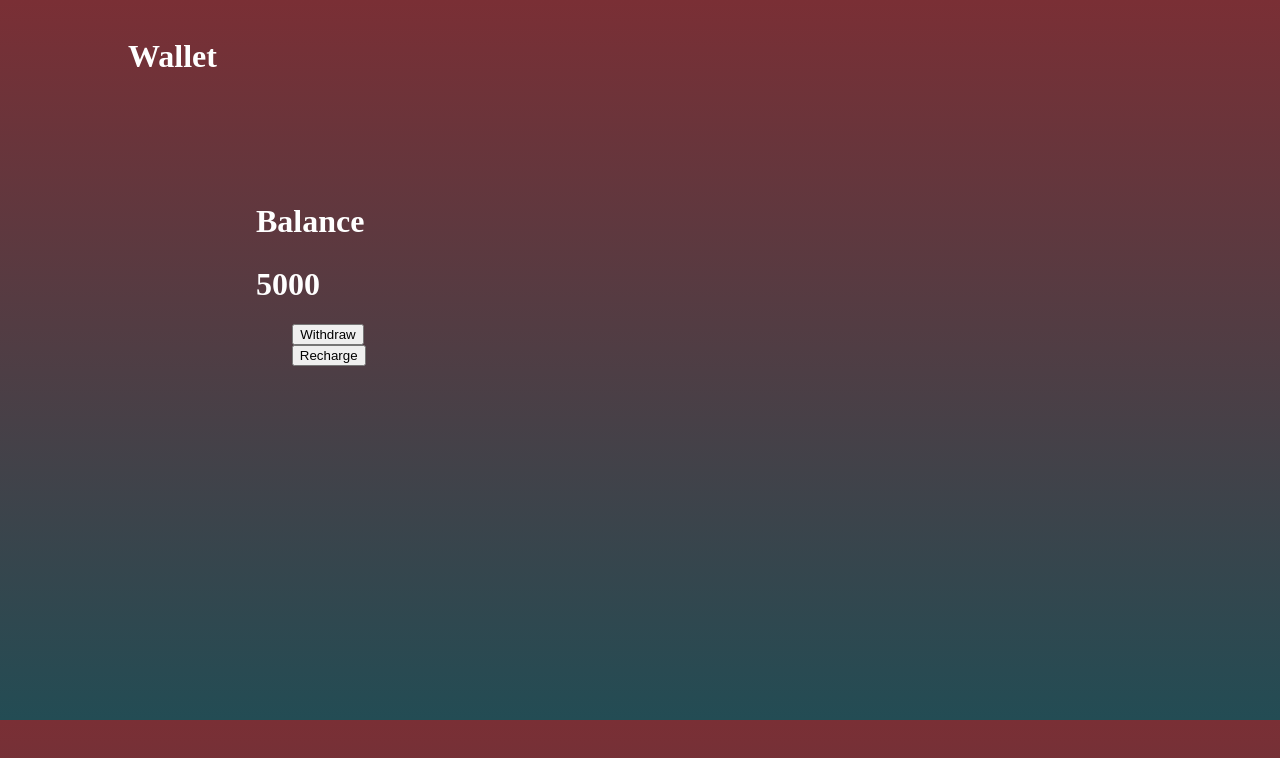
Repository: jagan607/N-Kalari
Page: /
An editor plug-in stored every save of this project. The page is shown before and after the next save, followed by the edit.
The browser window is 1280 px wide. The pictures show the whole page.
The project was rebuilt for these pictures with package versions that can differ from the ones it lists, and the page was loaded fresh each time. Also part of the build but not shown: src/App.css, src/helpers/firebase.js, src/components/Login/Login.js.

Above is the page before, as saved 2022-01-07 17:24:10.

After the next save:
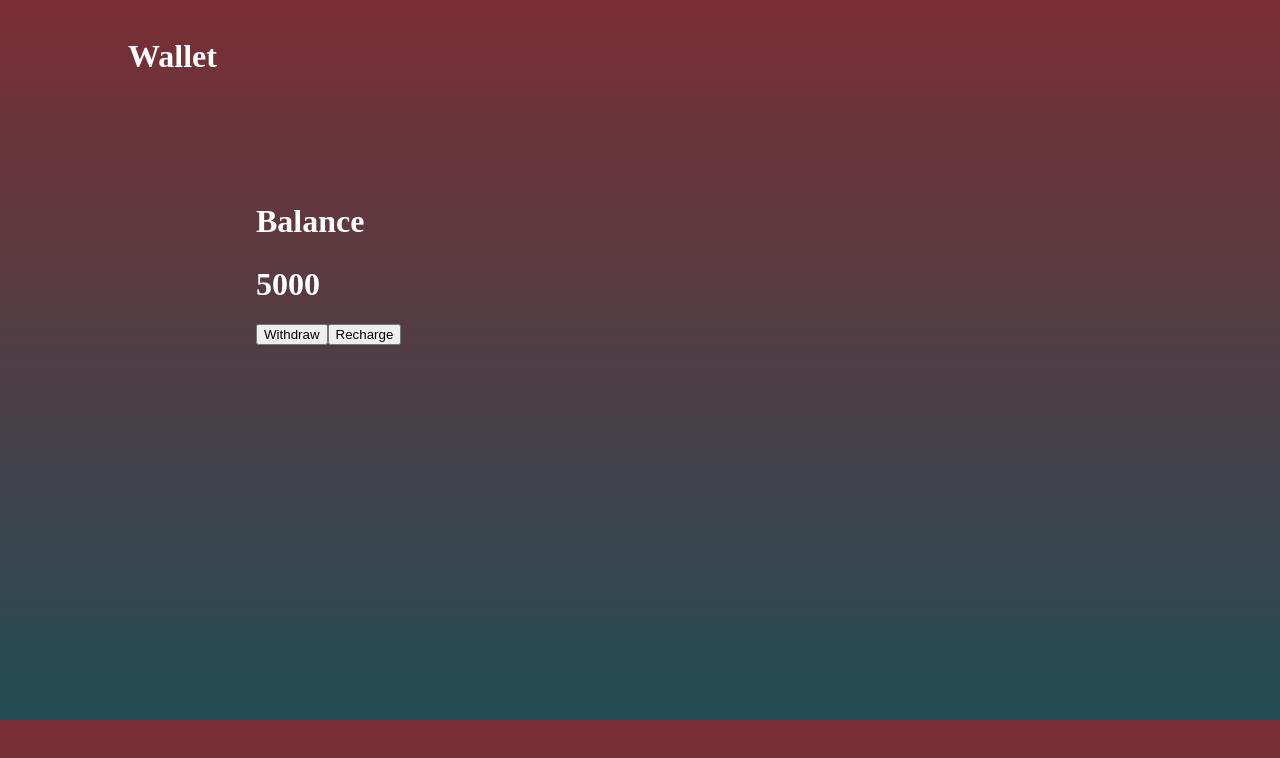
Saved 16 s later.
--- a/src/components/wallet/index.css
+++ b/src/components/wallet/index.css
@@ -20,10 +20,11 @@
 }
 
 .buttons{
+    width: max-content;
     float: left;
     margin-left: 20%;
 }
 
 .withdraw{
-    margin-right: 1%;
+
 }
